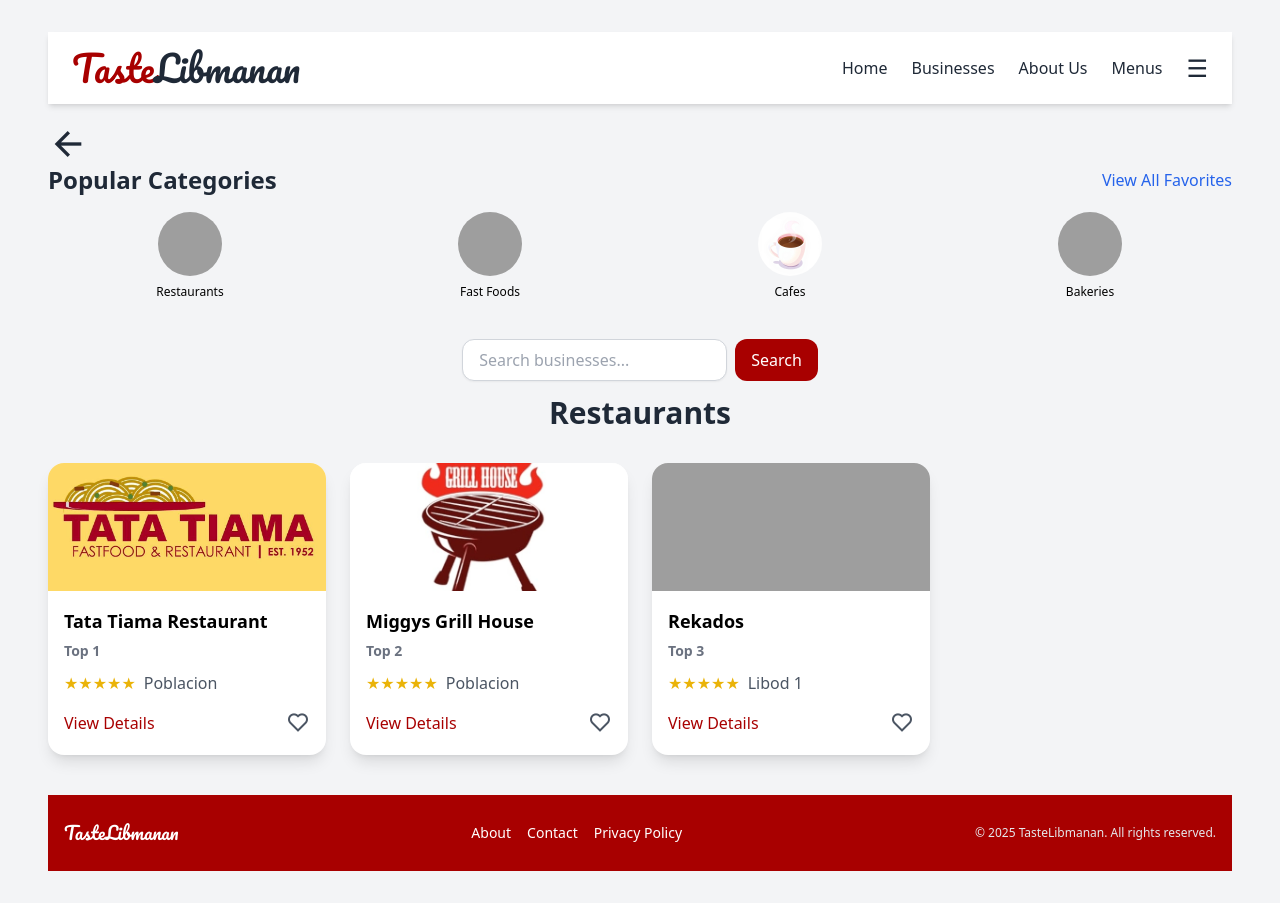
Repository: JomsCode21/Food-Mapping-and-Analytics
Page: http://localhost/tastelibmanan/fbusinessowner/categories.php?cat=restaurants
An editor plug-in stored every save of this project. The page is shown before and after the next save, followed by the edit.
The browser window is 1280 px wide. The pictures show the whole page.
Pictures or frames that could not be fetched are drawn as grey boxes. Some web libraries are served in a nearby version. The page is run by PHP 8.4 with error messages shown; the project is at /var/www/html/. The database holds what the project's SQL file puts in it.

Above is the page before, as saved 2025-07-31 14:56:20.
Console error: ReferenceError: categories is not defined

### fbusinessowner/categories.php
<?php
require_once '../db_con.php';
  // Fetch all businesses
$result = $conn->query("SELECT user_id, fb_name, fb_type, fb_address, fb_photo FROM fb_owner");

// Group businesses by type
$categories = [
    'Restaurant' => [],
    'Fastfood' => [],
    'Cafe' => [],
    'Bakery' => []
];

while ($row = $result->fetch_assoc()) {
    if (isset($categories[$row['fb_type']])) {
        $categories[$row['fb_type']][] = $row;
    }
}
$cat = isset($_GET['cat']) ? $_GET['cat'] : '';

$category_map = [
    'restaurants' => 'Restaurant',
    'fastfoods' => 'Fastfood',
    'cafes' => 'Cafe',
    'bakery' => 'Bakery'
];

$businesses = [];
if (isset($category_map[$cat])) {
    $type = $category_map[$cat];
    $stmt = $conn->prepare("SELECT fb_name, fb_address, fb_photo, user_id FROM fb_owner WHERE fb_type = ?");
    $stmt->bind_param("s", $type);
    $stmt->execute();
    $result = $stmt->get_result();
    while ($row = $result->fetch_assoc()) {
        $businesses[] = $row;
    }
    $stmt->close();
}
?>

<!DOCTYPE html>
<html lang="en">
<head>
  <meta charset="UTF-8">
  <title>Category</title>
  <script src="https://cdn.tailwindcss.com"></script>
  <!-- Load TailwindCSS -->
  <script src="https://cdn.tailwindcss.com"></script>

  <!-- Tailwind Custom Config -->
  <script>
    tailwind.config = {
      theme: {
        extend: {
          colors: { primary: "#A80000", secondary: "#FF6B00" },
          borderRadius: {
            none: "0px",
            sm: "4px",
            DEFAULT: "8px",
            md: "12px",
            lg: "16px",
            xl: "20px",
            "2xl": "24px",
            "3xl": "32px",
            full: "9999px",
            button: "8px",
          },
        },
      },
    }
  </script>

  <script defer>
  function getCategoryFromUrl() {
    const params = new URLSearchParams(window.location.search);
    return params.get('cat');
  }

  function loadCategory() {
    const category = getCategoryFromUrl();
    const categories = {
      restaurants: {
        title: "Restaurants",

      },
      fastfoods: {
        title: "Fast Foods",

      },
      cafes: {
        title: "Cafes",

      },
      bakery: {
        title: "Bakeries",

      }
    };

    const data = categories[category];

    if (data) {
      document.getElementById('category-title').textContent = data.title;
      const container = document.getElementById('business-list');
      container.innerHTML = ""; // Clear previous content

      data.businesses.forEach(business => {
        const card = `
          <div class="bg-white shadow-lg rounded-lg overflow-hidden hover:shadow-xl transition-shadow duration-300">
            <img src="${business.image}" alt="${business.name}" class="w-full h-32 object-cover">
            <div class="p-4">
              <h4 class="font-semibold text-lg">${business.name}<br>${business.rank ? business.rank : ''}</h4>
              <div class="flex items-center space-x-2 mt-2">
                <span class="text-yellow-500">★★★★★</span>
                <span class="text-gray-600">${business.location}</span>
              </div>
              <div class="flex justify-between items-center mt-3">
                <a href="businessdetails.html?name=${encodeURIComponent(business.name)}" class="text-primary transition-transform duration-200 hover:scale-110">View Details</a>
                <!-- Heart Icon -->
                <button class="favorite-btn text-gray-600 hover:text-red-500">
                  <i class="ri-heart-line text-2xl"></i>
                </button>
              </div>
            </div>
          </div>
        `;
        container.innerHTML += card;
      });

      // Heart click functionality
      const heartButtons = document.querySelectorAll('.favorite-btn');
      heartButtons.forEach(button => {
        button.addEventListener('click', function () {
          const heartIcon = this.querySelector('i');
          if (heartIcon.classList.contains('ri-heart-line')) {
            heartIcon.classList.remove('ri-heart-line');
            heartIcon.classList.add('ri-heart-fill');
            heartIcon.style.color = 'red'; // Change color to red when filled
          } else {
            heartIcon.classList.remove('ri-heart-fill');
            heartIcon.classList.add('ri-heart-line');
            heartIcon.style.color = ''; // Revert color to default
          }
        });
      });

    } else {
      document.getElementById('category-title').textContent = "Please select a category icon above";
      document.getElementById('business-list').innerHTML = `<p class="text-center text-gray-600">No businesses found</p>`;
    }
  }
</script>
   <link rel="stylesheet" href="https://cdnjs.cloudflare.com/ajax/libs/remixicon/4.6.0/remixicon.min.css" />

   <script src="https://kit.fontawesome.com/YOUR_KIT_CODE.js" crossorigin="anonymous"></script>

   <!-- Google Fonts -->
   <link rel="preconnect" href="https://fonts.googleapis.com" />
   <link rel="preconnect" href="https://fonts.gstatic.com" crossorigin />
   <link href="https://fonts.googleapis.com/css2?family=Pacifico&display=swap" rel="stylesheet" />
   <link href="https://fonts.googleapis.com/css2?family=Inter:wght@300;400;500;600;700&display=swap" rel="stylesheet"/>

   <!-- Remix Icons -->
   <link rel="stylesheet" href="https://cdnjs.cloudflare.com/ajax/libs/remixicon/4.6.0/remixicon.min.css" />
 </head>

<body class="bg-gray-100 px-6 md:px-12 min-h-screen py-8 flex flex-col">
    <nav class="bg-white shadow-md px-6 py-4 flex items-center justify-between no-margin">
        <h1 class="font-['Pacifico'] text-4xl text-primary">Taste<span class="text-gray-800">Libmanan</span></h1>

        <div class="flex items-center space-x-6">
          <!-- Desktop Links -->
          <div class="hidden md:flex space-x-6">
            <a href="user.html" class="text-gray-800 hover:text-primary">Home</a>
            <a href="categories.html" class="text-gray-800 hover:text-primary">Businesses</a>
            <a href="#" class="text-gray-800 hover:text-primary">About Us</a>
            <a href="landing.html" class="text-gray-800 hover:text-primary">Menus</a>
          </div>

          <!-- Hamburger Menu -->
          <div class="relative">
            <button id="hamburger-btn" class="text-gray-800 text-2xl focus:outline-none hover:text-red-500">
              ☰
            </button>

            <!-- Mobile Menu -->
            <div id="mobile-menu" class="hidden absolute right-0 mt-2 w-48 bg-white shadow-lg rounded-lg py-2 z-50 opacity-0 visibility-hidden transition-all duration-300 ease-in-out">
              <a href="user.html" class="block px-4 py-2 text-gray-800 hover:bg-primary hover:text-white">Home</a>
              <a href="categories.html" class="block px-4 py-2 text-gray-800 hover:bg-primary hover:text-white">Businesses</a>
              <a href="#" class="block px-4 py-2 text-gray-800 hover:bg-primary hover:text-white">About Us</a>
              <a href="#" class="block px-4 py-2 text-gray-800 hover:bg-primary hover:text-white">Menus</a>
<a href="../logout.php" class="block px-4 py-2 text-gray-800 hover:bg-primary hover:text-white">Logout</a>            </div>
          </div>
        </div>
     </nav>
     <br>


     <a href="../users/user.php" class="text-gray-800 hover:text-primary">
      <i class="ri-arrow-left-line text-2xl" style="font-size: 40px;"></i>
  </a>

    <!-- Hamburger Menu Script -->
<script>
    const btn = document.getElementById('hamburger-btn');
    const menu = document.getElementById('mobile-menu');
    const menuItems = menu.querySelectorAll('a');

    btn.addEventListener('click', (event) => {
      event.stopPropagation();
      if (menu.classList.contains('hidden')) {
        menu.classList.remove('hidden');
        menu.classList.remove('opacity-0', 'visibility-hidden');
        menu.classList.add('opacity-100', 'visibility-visible');
      } else {
        menu.classList.remove('opacity-100', 'visibility-visible');
        menu.classList.add('opacity-0', 'visibility-hidden');
        setTimeout(() => {
          menu.classList.add('hidden');
        }, 300);
      }
    });

    document.addEventListener('click', (event) => {
      if (!menu.contains(event.target) && !btn.contains(event.target)) {
        menu.classList.remove('opacity-100', 'visibility-visible');
        menu.classList.add('opacity-0', 'visibility-hidden');
        setTimeout(() => {
          menu.classList.add('hidden');
        }, 300);
      }
    });

    menuItems.forEach(item => {
      item.addEventListener('click', (event) => {
        event.stopPropagation();
        menu.classList.remove('opacity-100', 'visibility-visible');
        menu.classList.add('opacity-0', 'visibility-hidden');
        setTimeout(() => {
          menu.classList.add('hidden');
        }, 300);
      });
    });
  </script>

</head>
<body>
  <div class="flex justify-between items-center mb-4">
    <h2 class="text-2xl font-bold text-gray-800">Popular Categories</h2>
    <button onclick="showFavorites()" class="text-blue-600 hover:underline font-medium">View All Favorites</button>
  </div>


    <!-- Main page -->
<div class="grid grid-cols-4 gap-4">
<a href="categories.php?cat=restaurants"class="text-center transform transition-transform duration-300 hover:scale-150">
<div class="w-16 h-16 mx-auto rounded-full overflow-hidden bg-gray-100 mb-2">
  <img src="../vendors/imgsource/restaurants.jpg" alt="Restaurants" class="w-full h-full object-cover">
</div>
<p class="text-xs">Restaurants</p>
</a>

<a href="categories.php?cat=fastfoods"class="text-center transform transition-transform duration-300 hover:scale-150">
<div class="w-16 h-16 mx-auto rounded-full overflow-hidden bg-gray-100 mb-2">
  <img src="../vendors/imgsource/fastfoods.jpg" alt="Fast Foods" class="w-full h-full object-cover">
</div>
<p class="text-xs">Fast Foods</p>
</a>

<a href="categories.php?cat=cafes" class="text-center transform transition-transform duration-300 hover:scale-150">
<div class="w-16 h-16 mx-auto rounded-full overflow-hidden bg-gray-100 mb-2">
  <img src="../vendors/imgsource/cafes.jpg" alt="Cafes" class="w-full h-full object-cover">
</div>
<p class="text-xs">Cafes</p>
</a>

<a href="categories.php?cat=bakery" class="text-center transform transition-transform duration-300 hover:scale-150">
<div class="w-16 h-16 mx-auto rounded-full overflow-hidden bg-gray-100 mb-2">
  <img src="../vendors/imgsource/bakeries.jpg" alt="Bakery" class="w-full h-full object-cover">
</div>
<p class="text-xs">Bakeries</p>
</a>
</div>
<br>
<!-- Search Bar -->
<div class="mb-6 max-w-lg mx-auto" style="margin-top: 15px; margin-bottom: -10px;">
  <div class="flex">
    <input
      type="text"
      id="search-bar"
      placeholder="Search businesses..."
      class="w-full px-4 py-2 bg-white border border-gray-300 rounded-md shadow-sm focus:outline-none focus:ring-2 focus:ring-primary"
      oninput="filterBusinesses()"
    />
    <button
      id="search-button"
      class="ml-2 px-4 py-2 bg-primary text-white font-medium rounded-md hover:scale-105 transition-transform duration-200"
    >
      Search
    </button>
  </div>
</div>


<br>
  <div class="text-center mb-8">
  <h1 id="category-title" class="text-3xl font-bold text-gray-800">
    <?php
      echo isset($category_map[$cat]) ? htmlspecialchars(ucfirst($cat)) : "Please select a category icon above";
    ?>
  </h1>
</div>

<div id="business-list" class="grid grid-cols-2 sm:grid-cols-3 md:grid-cols-4 gap-6">
  <?php if (!empty($businesses)): ?>
    <?php foreach ($businesses as $index => $biz): ?>
      <div class="bg-white shadow-lg rounded-lg overflow-hidden hover:shadow-xl transition-shadow duration-300">
        <img src="<?php echo htmlspecialchars($biz['fb_photo'] ?: '../imgsource/default.jpg'); ?>" alt="<?php echo htmlspecialchars($biz['fb_name']); ?>" class="w-full h-32 object-cover">
        <div class="p-4">
          <h4 class="font-semibold text-lg"><?php echo htmlspecialchars($biz['fb_name']); ?><br>
            <span class="text-sm text-gray-500">Top <?php echo $index + 1; ?></span>
          </h4>
          <div class="flex items-center space-x-2 mt-2">
            <span class="text-yellow-500">★★★★★</span>
            <span class="text-gray-600"><?php echo htmlspecialchars($biz['fb_address']); ?></span>
          </div>
          <div class="flex justify-between items-center mt-3">
            <a href="businessdetails.php?user_id=<?php echo urlencode($biz['user_id']); ?>" class="text-primary transition-transform duration-200 hover:scale-110">View Details</a>
            <!-- Heart Icon -->
            <button class="favorite-btn text-gray-600 hover:text-red-500">
              <i class="ri-heart-line text-2xl"></i>
            </button>
          </div>
        </div>
      </div>
    <?php endforeach; ?>
  <?php elseif(isset($category_map[$cat])): ?>
    <p class="text-center text-gray-600 col-span-4">No businesses found</p>
  <?php endif; ?>
</div>
  </div>
<footer class="bg-primary text-white mt-10 px-4 py-6">
  <div class="max-w-7xl mx-auto flex flex-col md:flex-row justify-between items-center space-y-4 md:space-y-0">
      <h1 class="font-['Pacifico'] text-lg">
        Taste<span class="text-white font-light">Libmanan</span>
      </h1>
      <div class="flex space-x-4 text-sm">
        <a href="#" class="hover:underline">About</a>
        <a href="#" class="hover:underline">Contact</a>
        <a href="#" class="hover:underline">Privacy Policy</a>
      </div>
      <p class="text-xs text-gray-200">&copy; 2025 TasteLibmanan. All rights reserved.</p>
    </div>
  </footer>
  <!-- Favorites Modal Overlay -->
<div id="favoritesModal" class="fixed inset-0 bg-black bg-opacity-50 hidden items-center justify-center z-50">
  <div class="bg-white rounded-lg shadow-lg w-11/12 max-w-md p-6 relative">
    <button onclick="hideFavorites()" class="absolute top-2 right-2 text-gray-500 hover:text-black">
      <i class="ri-close-line text-2xl"></i>
    </button>
    <h3 class="text-xl font-bold mb-4">Your Favorite Businesses</h3>
    <ul id="favoritesList" class="space-y-2 max-h-60 overflow-y-auto">
      <!-- Favorites will be listed here -->
    </ul>
  </div>
</div>

<script>
  const favoriteBusinesses = [];

  function getCategoryFromUrl() {
    const params = new URLSearchParams(window.location.search);
    return params.get('cat');
  }



    const data = categories[category];

    if (data) {
      document.getElementById('category-title').textContent = data.title;
      const container = document.getElementById('business-list');
      container.innerHTML = "";

      data.businesses.forEach(business => {
        const card = `
          <div class="bg-white shadow-lg rounded-lg overflow-hidden hover:shadow-xl transition-shadow duration-300">
            <img src="${business.image}" alt="${business.name}" class="w-full h-32 object-cover">
            <div class="p-4">
              <h4 class="font-semibold text-lg">${business.name}</h4>
              <div class="flex items-center space-x-2 mt-2">
                <span class="text-yellow-500">★★★★★</span>
                <span class="text-gray-600">${business.location}</span>
              </div>
              <div class="flex justify-between items-center mt-3">
                <a href="businessdetails.html?name=${encodeURIComponent(business.name)}" class="text-primary transition-transform duration-200 hover:scale-110">View Details</a>
                <button class="favorite-btn text-gray-600 hover:text-red-500">
                  <i class="ri-heart-line text-2xl"></i>
                </button>
              </div>
            </div>
          </div>
        `;
        container.innerHTML += card;
      });

      const heartButtons = document.querySelectorAll('.favorite-btn');
      heartButtons.forEach(button => {
        button.addEventListener('click', function () {
          const heartIcon = this.querySelector('i');
          const card = this.closest('.bg-white');
          const name = card.querySelector('h4').textContent.trim();
          const location = card.querySelector('span.text-gray-600').textContent;
          const image = card.querySelector('img').src;

          if (heartIcon.classList.contains('ri-heart-line')) {
            heartIcon.classList.remove('ri-heart-line');
            heartIcon.classList.add('ri-heart-fill');
            heartIcon.style.color = 'red';

            if (!favoriteBusinesses.some(b => b.name === name)) {
              favoriteBusinesses.push({ name, location, image });
            }
          } else {
            heartIcon.classList.remove('ri-heart-fill');
            heartIcon.classList.add('ri-heart-line');
            heartIcon.style.color = '';

            const index = favoriteBusinesses.findIndex(b => b.name === name);
            if (index !== -1) favoriteBusinesses.splice(index, 1);
          }
        });
      });
    } else {
      document.getElementById('category-title').textContent = "Please select a category icon above";
      document.getElementById('business-list').innerHTML = `<p class="text-center text-gray-600">No businesses found</p>`;
    }


  function showFavorites() {
    const modal = document.getElementById('favoritesModal');
    const list = document.getElementById('favoritesList');
    list.innerHTML = '';

    if (favoriteBusinesses.length === 0) {
      list.innerHTML = '<li class="text-gray-600">No favorites added yet.</li>';
    } else {
      favoriteBusinesses.forEach(biz => {
        const item = document.createElement('li');
        item.innerHTML = `
          <div class="flex items-center space-x-3">
            <img src="${biz.image}" alt="${biz.name}" class="w-12 h-12 object-cover rounded">
            <div>
              <p class="font-semibold">${biz.name}</p>
              <p class="text-sm text-gray-500">${biz.location}</p>
            </div>
          </div>
        `;
        list.appendChild(item);
      });
    }

    modal.classList.remove('hidden');
    modal.classList.add('flex');
  }

  function hideFavorites() {
    const modal = document.getElementById('favoritesModal');
    modal.classList.remove('flex');
    modal.classList.add('hidden');
  }
</script>

</body>
</html>

### db_con.php
<?php
$host = 'localhost';
$dbname = 'TASTELIBMANAN';
$username = 'root';
$password = '';

// Create connection
$conn = new mysqli($host, $username, $password, $dbname);

// Check connection
if ($conn->connect_error) {
    die("Connection failed: " . $conn->connect_error);
}

// No need to close the connection here.  It will be closed at the end of the script that includes this file, or automatically when the script finishes.
?>

### TASTELIBMANAN.sql (the tables this page reads)
CREATE TABLE `fb_owner` (
  `fbowner_id` int(100) NOT NULL,
  `user_id` int(11) DEFAULT NULL,
  `fb_name` varchar(255) NOT NULL,
  `fb_type` varchar(255) NOT NULL,
  `fb_description` text NOT NULL,
  `fb_phone_number` varchar(255) NOT NULL,
  `fb_email_address` varchar(255) NOT NULL,
  `fb_operating_hours` varchar(255) NOT NULL,
  `fb_address` text NOT NULL,
  `fb_photo` varchar(255) DEFAULT NULL,
  `fb_latitude` varchar(255) DEFAULT NULL,
  `fb_longitude` varchar(255) DEFAULT NULL,
  `fb_status` varchar(255) DEFAULT NULL
) ENGINE=InnoDB DEFAULT CHARSET=utf8mb4 COLLATE=utf8mb4_general_ci;

INSERT INTO `fb_owner` (`fbowner_id`, `user_id`, `fb_name`, `fb_type`, `fb_description`, `fb_phone_number`, `fb_email_address`, `fb_operating_hours`, `fb_address`, `fb_photo`, `fb_latitude`, `fb_longitude`, `fb_status`) VALUES
(36, 39, '8 tea trip cafe', 'Cafe', 'ugh siram', '09123456789', '8teatripcafe@gmail.com', '4pm-5am', 'Poblacion', '../uploads/business_photo/8_tea_trip_cafe/68c4f1e512d95_8teatripcafe.jpg', '13.692872', '123.060088', 'open'),
(37, 38, 'Liter\'s Cafe', 'Cafe', 'sarap', '09123456789', 'liters@gmail.com', '9am-9pm', 'Poblacion', '../uploads/business_photo/688dbc9075204_liters.jpg', NULL, NULL, 'open'),
(38, 41, 'Bigbrew', 'Cafe', 'Brewed coffee', '09123456789', 'bigbrew@gmail.com', '8am - 10pm', 'Poblacion', '../uploads/business_photo/68ba31eabe4b6_bigbrew.png', '13.6930549', '123.0612091', 'open'),
(39, 42, 'Tata Tiama Restaurant', 'Restaurant', 'Kakanan sa Centro kan Libmanan', '09123456789', 'tiama@gmail.com', '7:00 AM - 7:00 PM', 'Poblacion', '../uploads/business_photo/688de33f5a84e_tatatiama.jpg', NULL, NULL, NULL),
(47, 28, 'Miggys Grill House', 'Restaurant', 'Grill House', '09123456789', 'miggys@gmail.com', '9am-9pm', 'Poblacion', '../uploads/business_photo/6891dd9a6ed35_miggys.jpg', '13.6936579', '123.0601746', 'closed'),
(48, 45, '3N Bakery', 'Bakery', '3n no#1 Bakery in Libmanan', '09123456789', '3n@gmail.com', '7:00 AM - 7:00 PM', 'Poblacion', '../uploads/business_photo/6891d27526d7a_3n.jpg', '13.6793167', '123.0392057', 'open'),
(49, 46, 'Bakers Plaza', 'Bakery', 'Bakers', '09123456789', 'bakersplaza@gmail.com', '7:00 AM - 7:00 PM', 'Libod 1', '../uploads/business_photo/6891d3b00737e_bakersplaza.jpg', '13.6941162', '123.061928', NULL),
(51, 43, 'Rekados', 'Restaurant', 'rekados eatery', '09123456789', 'rekados@gmail.com', '7:00 AM - 10:00 PM', 'Libod 1', '../uploads/business_photo/6891d8e57021a_rekados.jpg', NULL, NULL, 'open'),
(53, 48, 'Kap Oni Samgyupsal House', 'Fastfood', 'Samgyupsalan', '09123456789', 'kaponis@gmail.com', '7:00 AM - 7:00 PM', 'Libod 1', '../uploads/business_photo/6891ea047ce6d_kaponi.jpg', NULL, NULL, 'closed'),
(54, 44, 'Atlantic Bakery', 'Bakery', 'Bakery', '09123456789', 'atlantic@gmail.com', '7:00 AM - 7:00 PM', 'Poblacion', '../uploads/business_photo/6892b4d5d6ef6_atlantic.jpg', '13.6928828', '123.0618173', 'closed');

ALTER TABLE `fb_owner`
  ADD PRIMARY KEY (`fbowner_id`),
  ADD UNIQUE KEY `user_id` (`user_id`),
  ADD KEY `fk_fbowner_user_id` (`user_id`);

ALTER TABLE `fb_owner`
  MODIFY `fbowner_id` int(100) NOT NULL AUTO_INCREMENT, AUTO_INCREMENT=55;

ALTER TABLE `fb_owner`
  ADD CONSTRAINT `fk_fbowner_user_id` FOREIGN KEY (`user_id`) REFERENCES `accounts` (`user_id`) ON DELETE CASCADE ON UPDATE CASCADE;

After the next save:
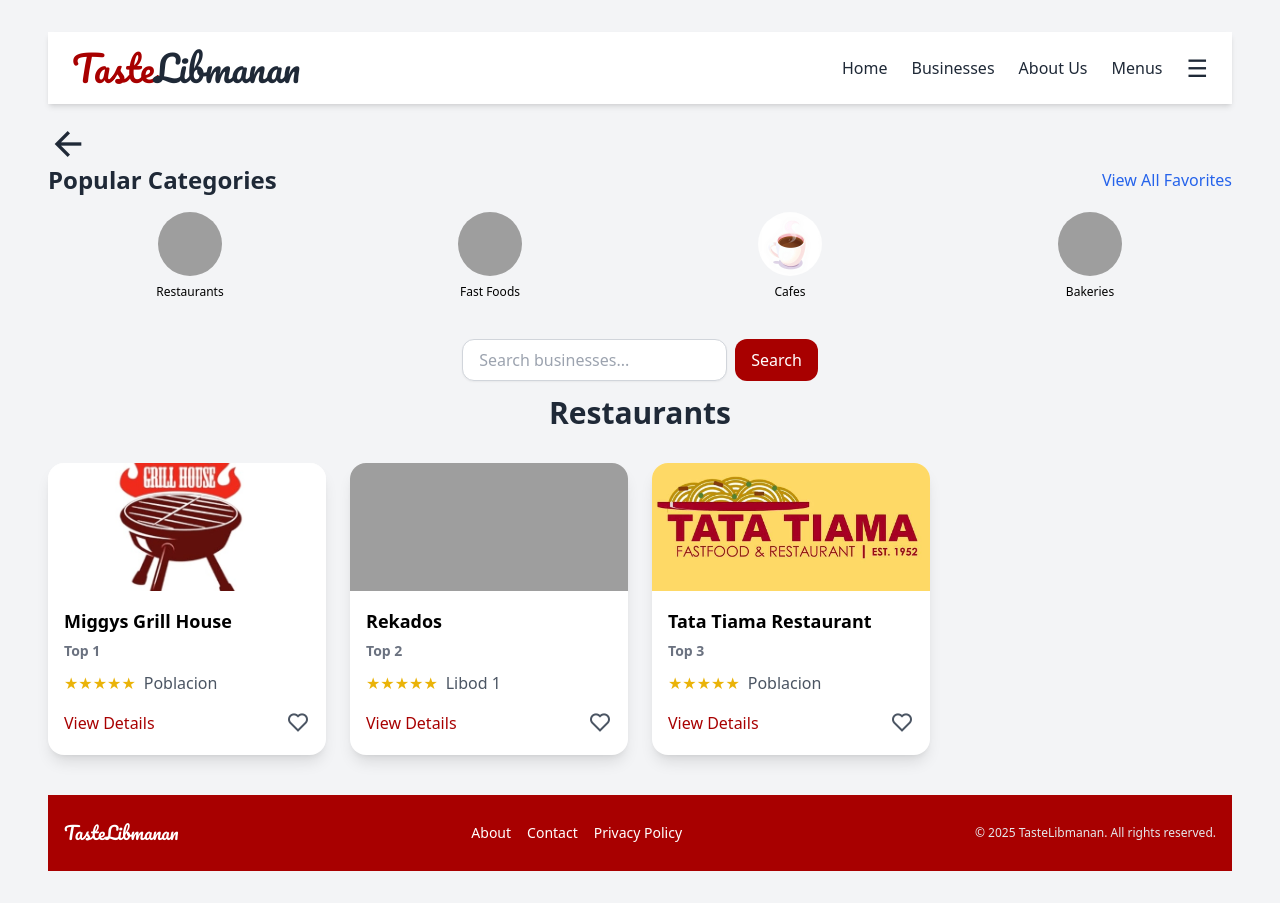
Saved 29 min 13 s later.
--- a/fbusinessowner/categories.php
+++ b/fbusinessowner/categories.php
@@ -1,8 +1,10 @@
 <?php
 require_once '../db_con.php';
   // Fetch all businesses
-$result = $conn->query("SELECT user_id, fb_name, fb_type, fb_address, fb_photo FROM fb_owner");
-
+$result = $conn->query("SELECT DISTINCT user_id, fb_name, fb_type, fb_address, fb_photo
+                       FROM fb_owner
+                       WHERE fb_type IS NOT NULL
+                       GROUP BY user_id");
 // Group businesses by type
 $categories = [
     'Restaurant' => [],
@@ -28,7 +30,11 @@ $category_map = [
 $businesses = [];
 if (isset($category_map[$cat])) {
     $type = $category_map[$cat];
-    $stmt = $conn->prepare("SELECT fb_name, fb_address, fb_photo, user_id FROM fb_owner WHERE fb_type = ?");
+    $stmt = $conn->prepare("SELECT DISTINCT fb_name, fb_address, fb_photo, user_id
+                           FROM fb_owner
+                           WHERE fb_type = ?
+                           GROUP BY user_id
+                           ORDER BY fb_name");
     $stmt->bind_param("s", $type);
     $stmt->execute();
     $result = $stmt->get_result();
